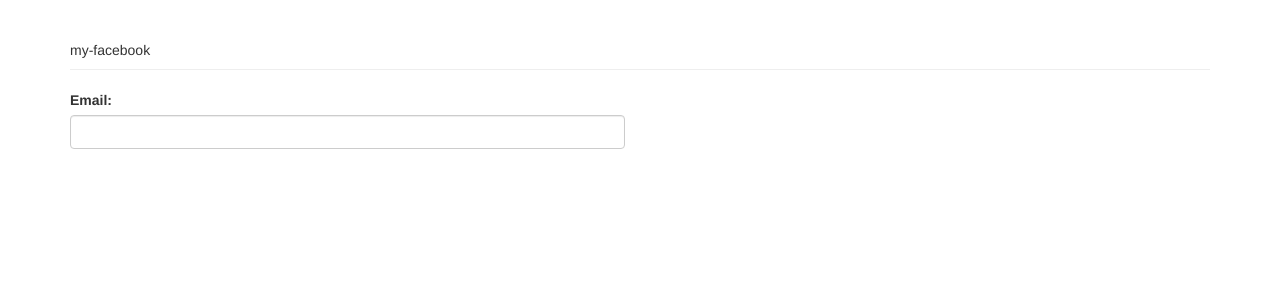
Repository: nagabhushanamn/itc-batch
Page: new/my-facebook/WebContent/index.html
An editor plug-in stored every save of this project. The page is shown before and after the next save, followed by the edit.
The browser window is 1280 px wide. The pictures show the whole page.

Above is the page before, as saved 2017-03-18 10:36:01.

### new/my-facebook/WebContent/index.html
<!DOCTYPE html>
<html>
<head>
<meta charset="UTF-8">
<title>my-facebook</title>
<link href="css/bootstrap.css" rel="stylesheet">
</head>
<body class="container">

	<div class="page-header">my-facebook</div>

	<div class="row">

		<div class="col-sm-6">

			<form action="">
				<div class="form-group">
					<label>Email:</label>
					<input class="form-control"/>
				</div>
			</form>

		</div>

	</div>


</body>
</html>

Loaded but not shown: new/my-facebook/WebContent/css/bootstrap.css (library)

After the next save:
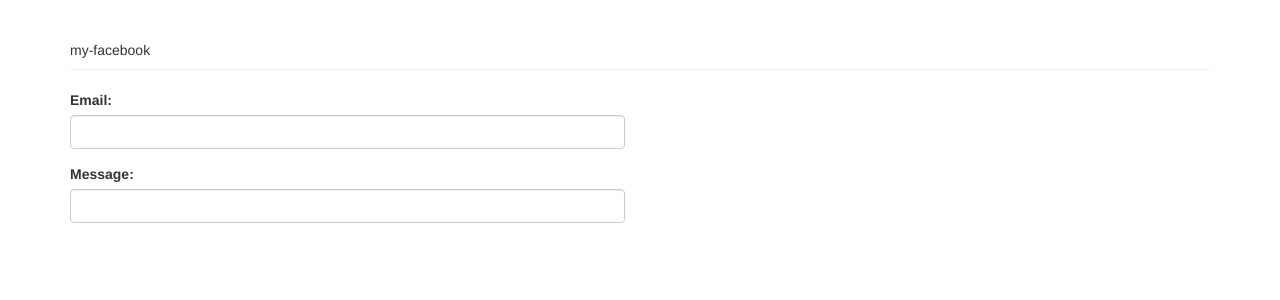
Saved 15 s later.
--- a/new/my-facebook/WebContent/index.html
+++ b/new/my-facebook/WebContent/index.html
@@ -18,6 +18,10 @@
 					<label>Email:</label>
 					<input class="form-control"/>
 				</div>
+				<div class="form-group">
+					<label>Message:</label>
+					<input class="form-control"/>
+				</div>
 			</form>
 
 		</div>
